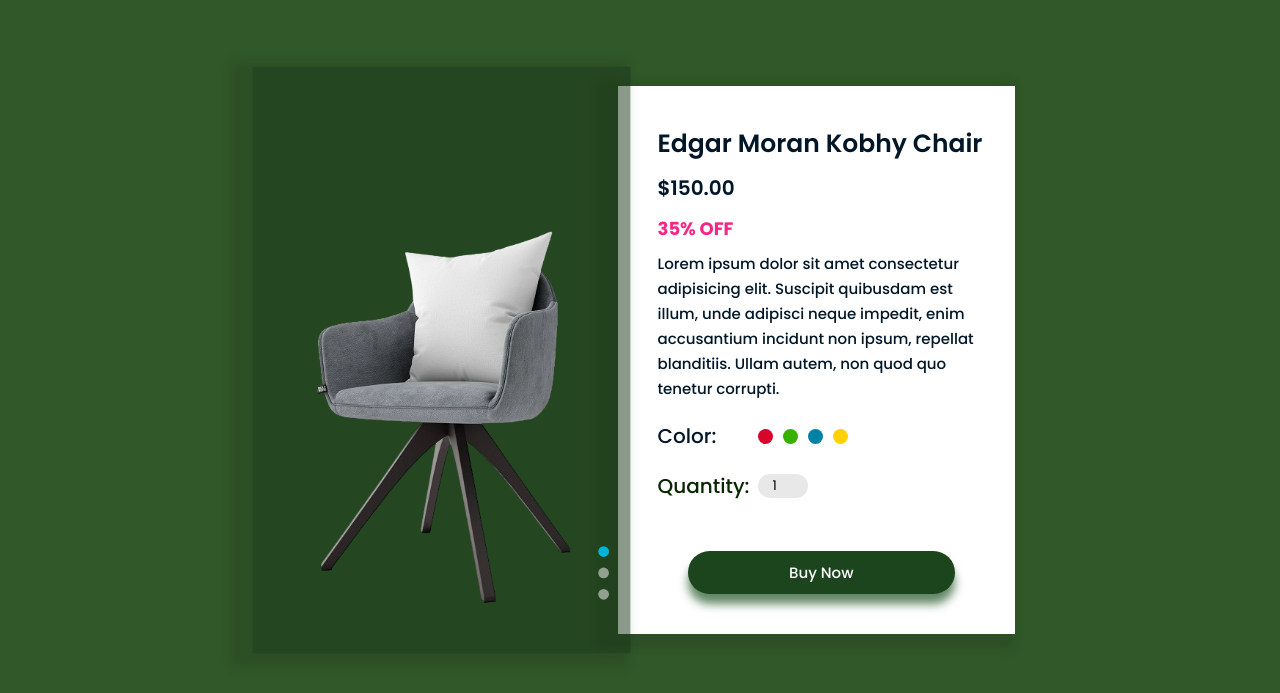
Repository: doua184/CasaLux
Page: single2.html
The author's editor kept a copy of each file at every save. The page is drawn from the files as they stood at one save, then again after the next save.
The browser window is 1280 px wide. The pictures show the whole page.

Above is the page before, as saved 2025-04-05 19:38:15.

### single2.html
<!DOCTYPE html>
<html lang="en">
<head>
    <meta charset="UTF-8">
    <meta http-equiv="X-UA-Compatible" content="IE=edge">
    <meta name="viewport" content="width=device-width, initial-scale=1.0">
    <title>Single Product Page Design</title>
    <link rel="stylesheet" href="single.css">
</head>
<body>
    <section class="main-wrap">
        <div class="product">
            <div class="image-gallery">
                <img src="product-1.png" id="productImg" alt="">
                <div class="controls">
                    <span class="btn active"></span>
                    <span class="btn"></span>
                    <span class="btn"></span>
                </div>
            </div>
            <div class="product-details">
                <div class="details">
                    <h2>Edgar Moran Kobhy Chair</h2>
                    <h3>$150.00</h3>
                    <h4>35% OFF</h4>
                    <p>Lorem ipsum dolor sit amet consectetur adipisicing elit. Suscipit quibusdam est illum, unde adipisci neque impedit, enim accusantium incidunt non ipsum, repellat blanditiis. Ullam autem, non quod quo tenetur corrupti.</p>
                </div>

                <div class="colors">
                    <form class="form">
                        <div class="select-color">
                            <h3>Color:</h3>
                            <label for="red">
                                <input type="radio" name="color" id="red">
                                <span class="color-1"></span>
                            </label>
                            <label for="green">
                                <input type="radio" name="color" id="green">
                                <span class="color-2"></span>
                            </label>
                            <label for="blue">
                                <input type="radio" name="color" id="blue">
                                <span class="color-3"></span>
                            </label>
                            <label for="yellow">
                                <input type="radio" name="color" id="yellow">
                                <span class="color-4"></span>
                            </label>
                        </div>
                    </form>
                </div>
                <div class="quantity">
                    <div class="select-quantity">
                        <h3>Quantity:</h3>
                        <input type="number" name="quantity" value="1">
                    </div>
                </div>
                <div class="sub-btn">
                    <button class="submit">Buy Now</button>
                </div>
            </div>
        </div>

    </section>

</body>
</html>

### single.css
@import url('https://fonts.googleapis.com/css2?family=Poppins:ital,wght@0,100;0,200;0,300;0,400;0,500;0,600;0,700;0,800;0,900;1,100;1,200;1,300;1,400;1,500;1,600;1,700;1,800;1,900&display=swap');
*{
    margin: 0;
    padding: 0;
    box-sizing: border-box;
    font-family: 'Poppins', sans-serif;
}
.main-wrap{
    width: 100%;
    height: 100vh;
    display: flex;
    justify-content: center;
    align-items: center;
    background: #315829;
}
.main-wrap .product{
    width: 90%;
    max-width: 750px;
    display: flex;
}
.main-wrap .product .image-gallery{
    flex-basis: 47%;
    background: #18351880;
    box-shadow: -10px 5px 10px 10px rgba(0, 0, 0, 0.1);
    transform: scale(1.07);
    position: relative;
}

.main-wrap .product .image-gallery img{
    width: 100%;
    padding-top: 150px;
}
.main-wrap .product .image-gallery .controls{
    position: absolute;
    bottom: 40px;
    right: 20px;
}
.main-wrap .product .image-gallery .controls .btn{
    width: 10px;
    height: 10px;
    border-radius: 50%;
    background: rgba( 255, 255, 255, 0.5 );
    display: block;
    margin-bottom: 10px;
    cursor: pointer;
}
.main-wrap .product .image-gallery .controls .btn.active{
    background: #00b4d8;
}
.main-wrap .product .product-details{
    flex-basis: 53%;
    background: #fff;
    box-shadow: -10px 5px 10px 10px rgba(0, 0, 0, 0.1);
    padding: 40px 30px 40px 40px;
}
.main-wrap .product .product-details .details{
    margin-bottom: 20px;
}
.main-wrap .product .product-details .details h2{
    font-size: 25px;
    font-weight: 600;
    line-height: 35px;
    text-transform: capitalize;
    margin-bottom: 10px;
    color: #011627;
}
.main-wrap .product .product-details .details h3{
    font-size: 20px;
    font-weight: 600;
    line-height: 35px;
    margin-bottom: 10px;
    color: #011627;
}
.main-wrap .product .product-details .details h4{
    font-size: 18px;
    font-weight: 700;
    line-height: 25px;
    text-transform: uppercase;
    color: #f72585;
    margin-bottom: 10px;
}
.main-wrap .product .product-details .details p{
    font-size: 15px;
    font-weight: 500;
    line-height: 25px;
    color: #011627;
}
.main-wrap .product .product-details .sizes{
    margin-bottom: 20px;
}
.main-wrap .product .product-details .sizes .form .select-size{
    display: flex;
    align-items: center;
}
.main-wrap .product .product-details .sizes .form .select-size h3{
    width: 70px;
    margin-right: 30px;
    font-size: 20px;
    font-weight: 500;
    color: #011627;
}
.main-wrap .product .product-details .sizes .form .select-size label{
    display: flex;
    align-items: center;
}
.main-wrap .product .product-details .sizes .form .select-size label input{
    display: none;
}
.main-wrap .product .product-details .sizes .form .select-size label span{
    font-size: 18px;
    font-weight: 400;
    line-height: 25px;
    text-transform: uppercase;
    color: #011627;
    display: inline-block;
    margin-right: 10px;
    cursor: pointer;
}
.main-wrap .product .product-details .sizes .form .select-size label input:checked + span{
    font-weight: 600;
    color: #00b4d8;
}
.main-wrap .product .product-details .colors{
    margin-bottom: 20px;
}
.main-wrap .product .product-details .colors .form .select-color{
    display: flex;
    align-items: center;
}
.main-wrap .product .product-details .colors .form .select-color h3{
    width: 70px;
    margin-right: 30px;
    font-size: 20px;
    font-weight: 500;
    color: #011627;
}
.main-wrap .product .product-details .colors .form .select-color label{
    display: flex;
    align-items: center;
}
.main-wrap .product .product-details .colors .form .select-color input{
    display: none;
}
.main-wrap .product .product-details .colors .form .select-color span{
    display: inline-block;
    width: 15px;
    height: 15px;
    border-radius: 50%;
    margin-right: 10px;
    cursor: pointer;
}
.main-wrap .product .product-details .colors .form .select-color .color-1{
    background: #d90429;
}
.main-wrap .product .product-details .colors .form .select-color .color-2{
    background: #38b000;
}
.main-wrap .product .product-details .colors .form .select-color .color-3{
    background: #0081a7;
}
.main-wrap .product .product-details .colors .form .select-color .color-4{
    background: #ffd100;
}
.main-wrap .product .product-details .colors .form .select-color label input:checked + span{
    transform: scale(.7);
    box-shadow: 0 0 0 4px #fff, 0 0 0 6px #011627;
}
.main-wrap .product .product-details .quantity{
    margin-bottom: 50px;
}
.main-wrap .product .product-details .quantity .select-quantity{
    display: flex;
    align-items: center;
}
.main-wrap .product .product-details .quantity .select-quantity h3{
    width: 70px;
    margin-right: 30px;
    font-size: 20px;
    font-weight: 500;
    color: #072701;
}
.main-wrap .product .product-details .quantity .select-quantity input{
    background: #e8e8e8;
    border: 0;
    outline: 0;
    padding: 2px 2px 2px 15px;
    border-radius: 12px;
    width: 50px;
}
.main-wrap .product .product-details .sub-btn{
    padding: 0 30px;
}
.main-wrap .product .product-details .sub-btn .submit{
    width: 100%;
    padding: 10px;
    border: 0;
    outline: 0;
    background: #1c451d;
    color: #fff;
    font-size: 15px;
    font-weight: 500;
    border-radius: 30px;
    box-shadow: 0 10px 10px rgba(24, 78, 28, 0.678);
    cursor: pointer;
    transition: .4s linear;
    position: relative;
    overflow: hidden;
}
.main-wrap .product .product-details .sub-btn .submit:hover{
    background: #475745;
}
.main-wrap .product .product-details .sub-btn .submit::before{
    content: '';
    position: absolute;
    left: -100%;
    width: 100%;
    height: 100%;
    background: rgba( 255, 255, 255, 0.1 );
    transform: rotate(-45deg);
}
.main-wrap .product .product-details .sub-btn .submit:hover::before{
    animation: light .4s linear forwards;
}
@keyframes light{
    0%{
        left: -100%;
    }
    100%{
        left: 100%;
    }
}

After the next save:
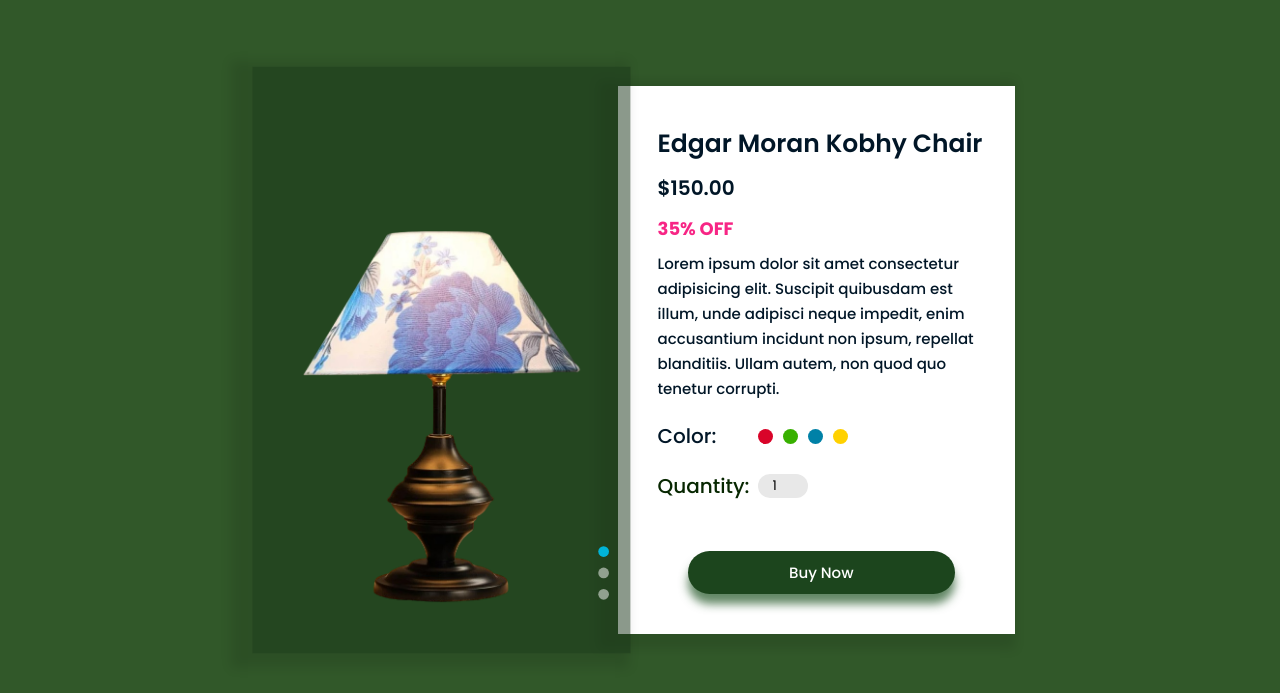
Saved 5 s later.
--- a/single2.html
+++ b/single2.html
@@ -11,7 +11,7 @@
     <section class="main-wrap">
         <div class="product">
             <div class="image-gallery">
-                <img src="product-1.png" id="productImg" alt="">
+                <img src="product-2.png" id="productImg" alt="">
                 <div class="controls">
                     <span class="btn active"></span>
                     <span class="btn"></span>
